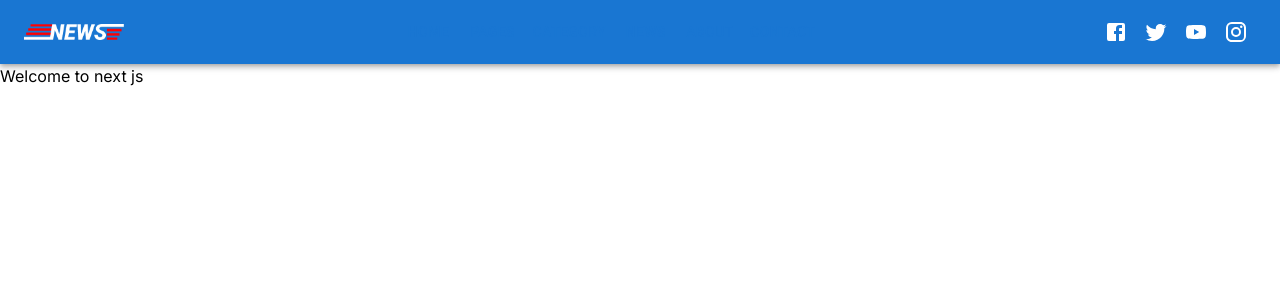
Repository: Wahid137/daily-news-nextjs
Page: /
The author's editor kept a copy of each file at every save. The page is drawn from the files as they stood at one save, then again after the next save.
The browser window is 1280 px wide. The pictures show the whole page.
The project was rebuilt for these pictures with package versions that can differ from the ones it lists, and the page was loaded fresh each time. The framework's server and built-in components were replaced by stand-ins that run in the browser. Also part of the build but not shown: next.config.mjs.

Above is the page before, as saved 2024-02-22 15:06:12.

After the next save:
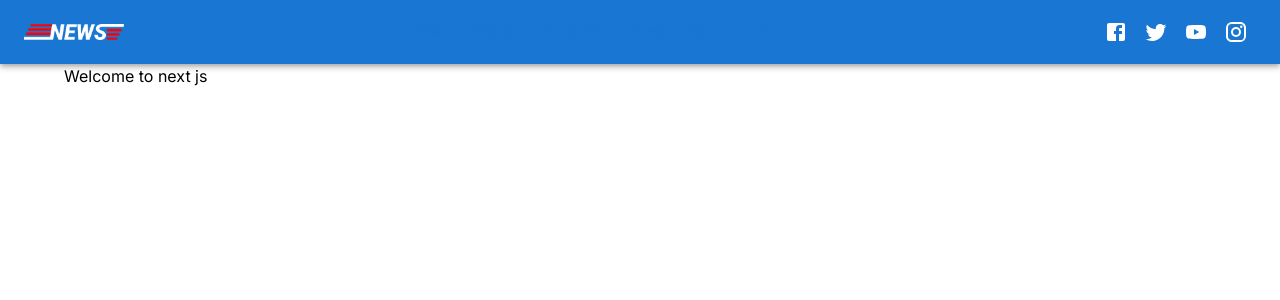
Saved 20 s later.
--- a/src/app/layout.js
+++ b/src/app/layout.js
@@ -1,4 +1,5 @@
 import Navbar from "@/components/shared/Navbar";
+import { Container } from "@mui/material";
 import { Inter } from "next/font/google";
 import "./globals.css";
 
@@ -14,7 +15,9 @@ export default function RootLayout({ children }) {
     <html lang="en">
       <body className={inter.className}>
         <Navbar />
-        {children}
+        <Container>
+          {children}
+        </Container>
       </body>
     </html>
   );
